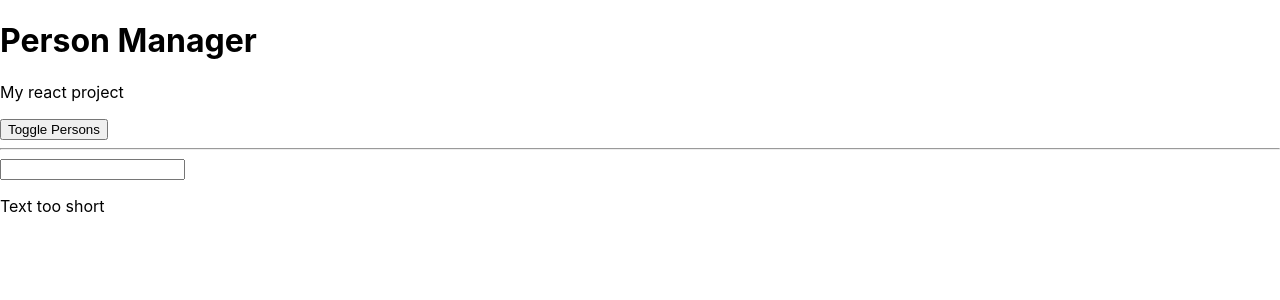
Repository: chrisbriz/myreactapp
Page: /
These files come from the project's save history. The page is drawn as it stood at one moment and after the next save; the edit follows.
The browser window is 1280 px wide. The pictures show the whole page.
The project was rebuilt for these pictures with package versions that can differ from the ones it lists, and the page was loaded fresh each time. Also part of the build but not shown: src/Components/Cockpit/Cockpit.css.

Above is the page before, as saved 2019-02-12 10:18:25.

After the next save:
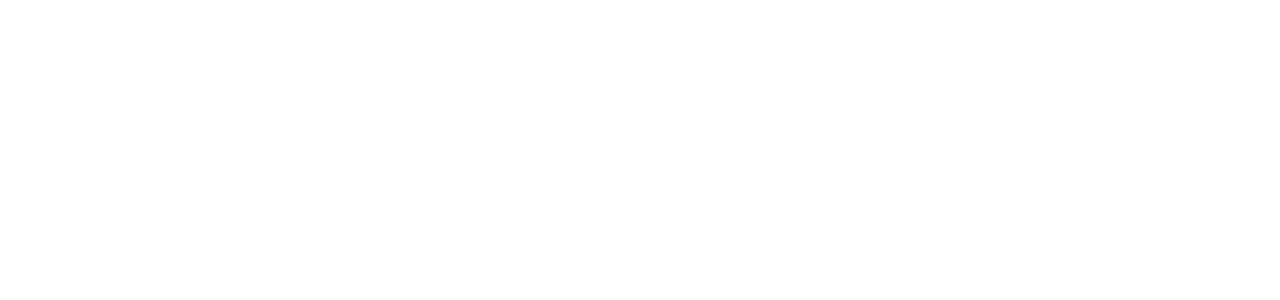
Console error: ReferenceError: persons is not defined
Saved 84 s later.
--- a/src/Components/Persons/Persons.js
+++ b/src/Components/Persons/Persons.js
@@ -1,20 +1,23 @@
-import React from 'react';
+import React, { Component } from 'react';
 import Person from './Person/Person';
 
 
-const persons = (props) => {
-    console.log('[Person.js] rendering...');
-    return props.persons.map((person, index) => {
-        return (
-            <Person
-                click={() => props.clicked(index)}
-                name={person.name}
-                age={person.age}
-                key={person.id}
-                changed={(event) => props.changed(event, person.id)}
-            />
-        );
-    });
+class Persons extends Component {
+    render() {
+        console.log('[Person.js] rendering...');
+        return props.persons.map((person, index) => {
+            return (
+                <Person
+                    click={() => props.clicked(index)}
+                    name={person.name}
+                    age={person.age}
+                    key={person.id}
+                    changed={(event) => props.changed(event, person.id)}
+                />
+            );
+        });
+    }
+
 };
 
 export default persons;

After the 2 saves that followed:
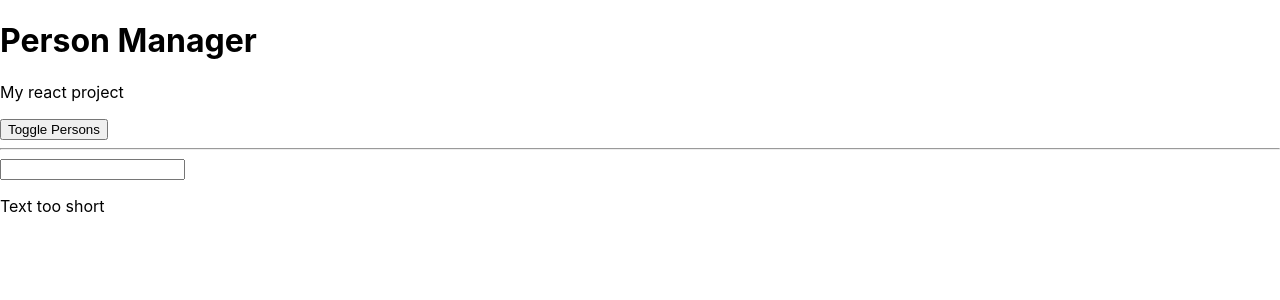
The error is gone.
The 2 saves are shown as one change because 1 left the picture as it was.
The last was saved 37 s later.
--- a/src/Components/Persons/Persons.js
+++ b/src/Components/Persons/Persons.js
@@ -5,19 +5,18 @@
 class Persons extends Component {
     render() {
         console.log('[Person.js] rendering...');
-        return props.persons.map((person, index) => {
+        return this.props.persons.map((person, index) => {
             return (
                 <Person
-                    click={() => props.clicked(index)}
-                    name={person.name}
-                    age={person.age}
-                    key={person.id}
-                    changed={(event) => props.changed(event, person.id)}
+                    click={() => this.props.clicked(index)}
+                    name={this.person.name}
+                    age={this.person.age}
+                    key={this.person.id}
+                    changed={(event) => this.props.changed(event, person.id)}
                 />
             );
         });
     }
-
 };
 
-export default persons;
+export default Persons;
